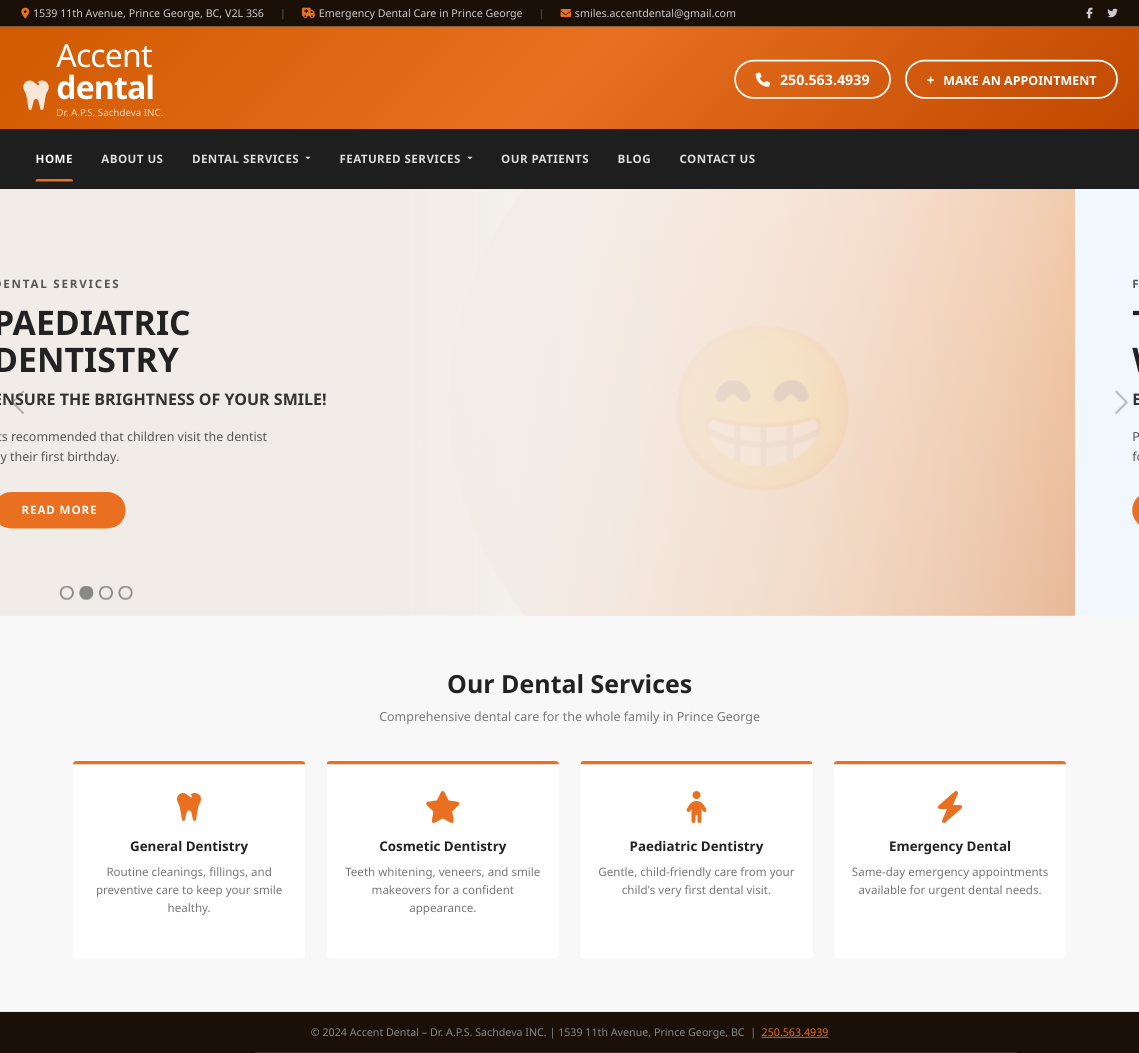
Repository: LaavKush/Dentofy
Page: index.html
The author's editor kept a copy of each file at every save. The page is drawn from the files as they stood at one save, then again after the next save.
The browser window is 1280 px wide. The pictures show the whole page, at 89% of full size.

Above is the page before, as saved 2026-06-27 22:09:50.

After the next save:
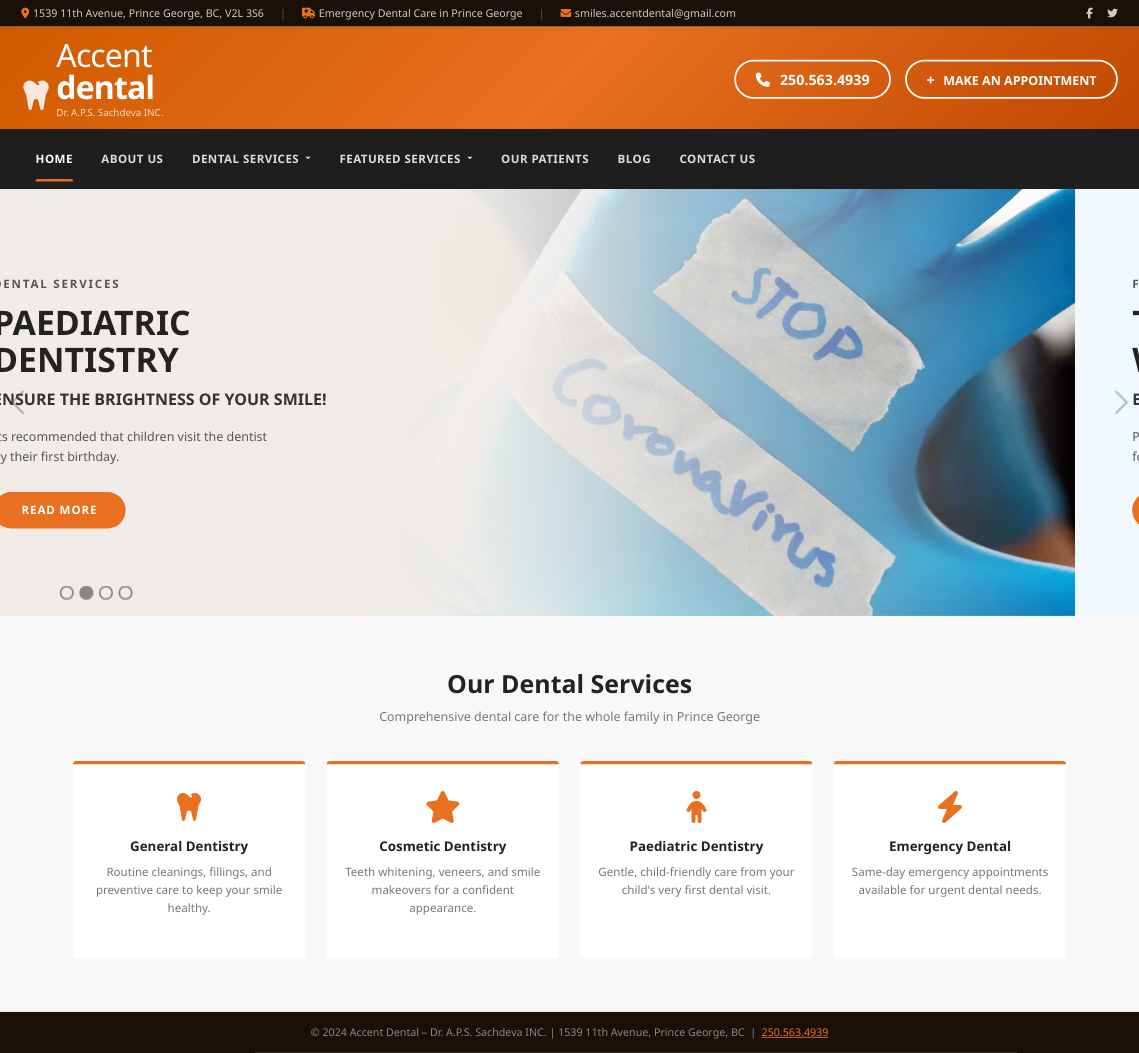
Saved 3 min 52 s later.
--- a/index.html
+++ b/index.html
@@ -134,12 +134,9 @@
   </div>
 
   <div class="carousel-inner">
-    <!-- Slide 1 – Paediatric Dentistry (matches screenshot) -->
+    <!-- Slide 1 – Paediatric Dentistry -->
     <div class="carousel-item active">
-      <div class="slide-item">
-        <!-- Smile background -->
-        <div class="smile-graphic"></div>
-        <!-- light wash behind text -->
+      <div class="slide-item" style="background-image: url('assets/images/slide_01.jpg'); background-size: cover; background-position: center;">
         <div style="position:absolute;inset:0;background:linear-gradient(to right,rgba(240,235,230,.97) 40%,rgba(240,235,230,.5) 65%,transparent 100%);z-index:1;"></div>
         <div class="slide-content">
           <div class="slide-eyebrow">Dental Services</div>
@@ -151,9 +148,9 @@
       </div>
     </div>
 
-    <!-- Slide 2 -->
+    <!-- Slide 2 – Teeth Whitening -->
     <div class="carousel-item">
-      <div class="slide-item slide-img-2">
+      <div class="slide-item" style="background-image: url('assets/images/slide_02.jpg'); background-size: cover; background-position: center;">
         <div style="position:absolute;inset:0;background:linear-gradient(to right,rgba(240,248,255,.97) 40%,rgba(240,248,255,.5) 65%,transparent 100%);z-index:1;"></div>
         <div class="slide-content">
           <div class="slide-eyebrow">Featured Services</div>
@@ -165,9 +162,9 @@
       </div>
     </div>
 
-    <!-- Slide 3 -->
+    <!-- Slide 3 – Dental Implants -->
     <div class="carousel-item">
-      <div class="slide-item slide-img-3">
+      <div class="slide-item" style="background-image: url('assets/images/slide_03.jpg'); background-size: cover; background-position: center;">
         <div style="position:absolute;inset:0;background:linear-gradient(to right,rgba(240,245,238,.97) 40%,rgba(240,245,238,.5) 65%,transparent 100%);z-index:1;"></div>
         <div class="slide-content">
           <div class="slide-eyebrow">Advanced Care</div>
@@ -179,9 +176,10 @@
       </div>
     </div>
 
-    <!-- Slide 4 -->
+    <!-- Slide 4 – Invisalign -->
     <div class="carousel-item">
-      <div class="slide-item slide-img-1">
+      <!-- Using slide_01.jpg here as a placeholder since you have 3 image files -->
+      <div class="slide-item" style="background-image: url('assets/images/slide_01.jpg'); background-size: cover; background-position: center;">
         <div style="position:absolute;inset:0;background:linear-gradient(to right,rgba(255,245,235,.97) 40%,rgba(255,245,235,.5) 65%,transparent 100%);z-index:1;"></div>
         <div class="slide-content">
           <div class="slide-eyebrow">Cosmetic Dentistry</div>
@@ -202,7 +200,6 @@
     <span class="carousel-control-next-icon"></span>
   </button>
 </div>
-
 <!-- ══════════ SERVICES SECTION ══════════ -->
 <section class="services-section">
   <div class="container">
